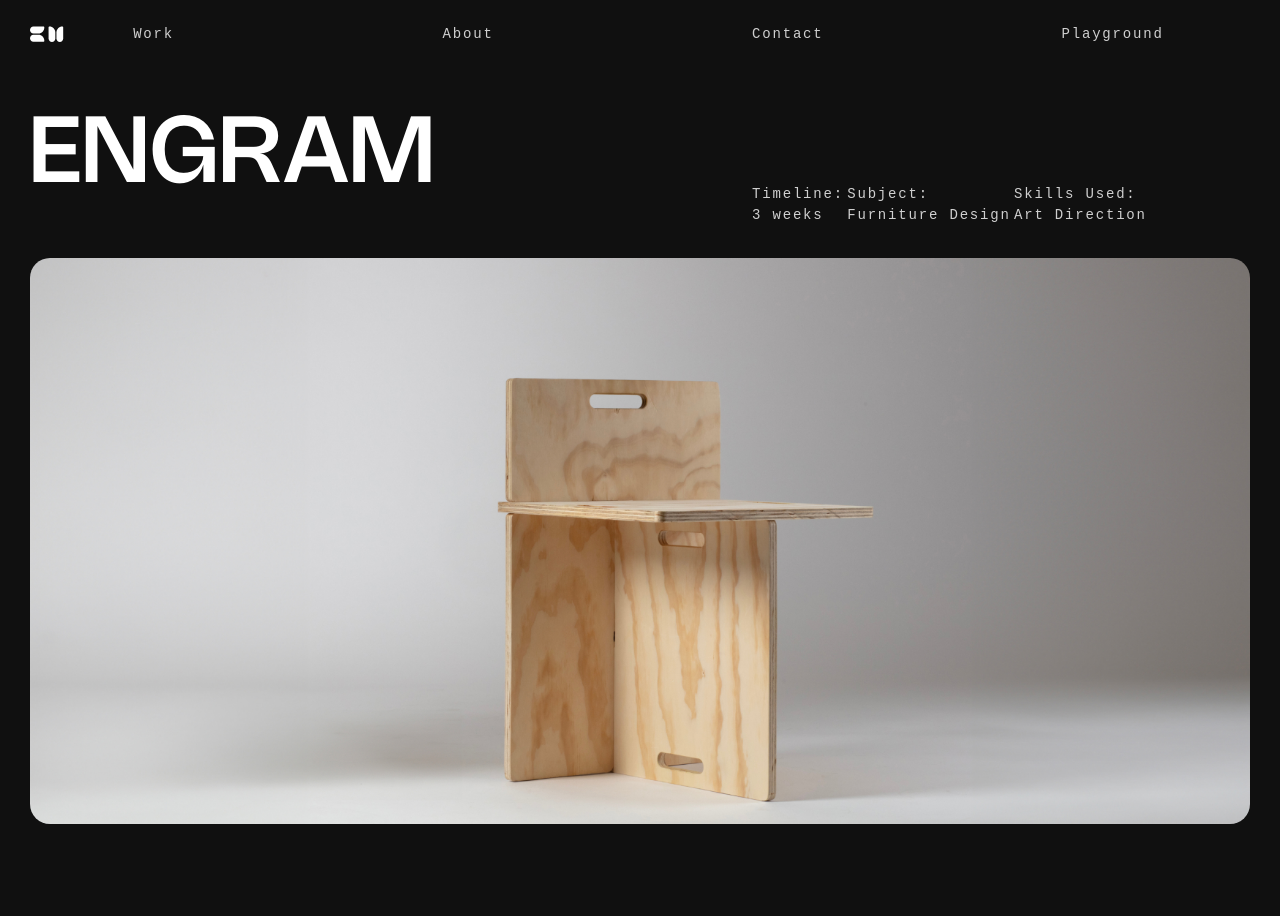
Repository: theethanwright/ethan_wright_portfolio
Page: work/work.html
The author's editor kept a copy of each file at every save. The page is drawn from the files as they stood at one save, then again after the next save.
The browser window is 1280 px wide. The pictures show the whole page.

Above is the page before, as saved 2023-12-25 22:55:26.

### work/work.html
<!DOCTYPE html>
<html lang="en">
<head>
    <meta charset="UTF-8">
    <meta name="viewport" content="width=device-width, initial-scale=1.0">
    <script defer src="https://cdnjs.cloudflare.com/ajax/libs/matter-js/0.19.0/matter.min.js"></script>
    <script defer src="app.js"></script>
    <link rel="stylesheet" href="main.css">
    <link rel="stylesheet" href="layouts.css">
    <title>Work</title>
</head>
<body>
    <div class="navbar">
        <div class="logo">
            <svg xmlns="http://www.w3.org/2000/svg" width="16" height="17" viewBox="0 0 16 17" fill="none">
                <path d="M14.3673 0H3.61693C1.61938 0 0 1.6756 0 3.74249C0 5.80938 1.61938 7.48498 3.61693 7.48498H9.1428C12.5831 7.48498 15.372 4.59931 15.372 1.03958C15.372 0.46542 14.9221 0 14.3673 0Z" fill="white"/>
                <path d="M9.1428 8.72827H3.61693C1.61938 8.72827 0 10.4039 0 12.4708C0 14.5377 1.61938 16.2133 3.61693 16.2133H14.3673C14.9221 16.2133 15.372 15.7478 15.372 15.1737C15.372 11.6139 12.5831 8.72827 9.1428 8.72827Z" fill="white"/>
            </svg>
            <svg xmlns="http://www.w3.org/2000/svg" width="17" height="17" viewBox="0 0 17 17" fill="none">
                <path d="M1.63275 0C1.07786 0 0.628052 0.46542 0.628052 1.03958V12.8729C0.628052 14.9398 2.24743 16.6154 4.24498 16.6154C6.24253 16.6154 7.86191 14.9398 7.86191 12.8729V6.4454C7.86191 2.88567 5.07306 0 1.63275 0Z" fill="white"/>
                <path d="M15.2936 0C11.8532 0 9.06439 2.88567 9.06439 6.4454V12.8729C9.06439 14.9398 10.6838 16.6154 12.6813 16.6154C14.6789 16.6154 16.2983 14.9398 16.2983 12.8729V1.03958C16.2983 0.46542 15.8484 0 15.2936 0Z" fill="white"/>
            </svg>
        </div>
        <p>Work</p>
        <p>About</p>
        <p>Contact</p>
        <p>Playground</p>
        <a href="javascript:void(0);" class="icon" onclick="myFunction()">
            <i class="hamburger"><svg xmlns="http://www.w3.org/2000/svg" width="24" height="24" viewBox="0 0 24 24" fill="none">
                <rect y="2.26416" width="24" height="3.16981" fill="white"/>
                <rect y="17.6604" width="24" height="3.16981" fill="white"/>
                <rect x="1.81133" y="9.96225" width="22.1887" height="3.16981" fill="white"/>
              </svg></i>
        </a>
    </div>
    <div class="wrapper-project">
        <h1>Engram</h1>
        <div class="project-info">
        <p>Timeline:<br>3 weeks</p>
        <p>Subject:<br>Furniture Design</p>
        <p>Skills Used:<br>Art Direction</p>
        </div>
        <a href="">
            <img src="public/images/1.jpg" alt="">
        </a>
    </div>
</body>
</html>

### work/main.css


@font-face {
    font-family: "Nohemi";
    src: url(public/fonts/Nohemi-Medium.woff2);
  }

@import url('https://fonts.googleapis.com/css2?family=IBM+Plex+Mono&display=swap');

h1 {
  box-sizing: border-box;
  color: #FFF;
  font-family: "Nohemi";
  font-size: 7.176vw;
  font-style: normal;
  font-weight: 500;
  line-height: 150%; /* 186px */
  letter-spacing: 1.24px;
  text-transform: uppercase;
  margin: 0%;
}

p {
  box-sizing: border-box;
    color: rgba(255, 255, 255, 0.80);
    font-family: 'IBM Plex Mono', monospace;
    font-size: 14px;
    font-style: normal;
    font-weight: 400;
    line-height: 150%; /* 21px */
    letter-spacing: 1.82px;
    margin: 0%;
}

  body {
    box-sizing: border-box;
    display: block;
    overflow: scroll;
    background: #101010;
  }

  img {
    box-sizing: border-box;
    max-width: 100%;
    height: auto;

    border-radius: 20px;
  }

  a {
    box-sizing: border-box;
  }

### work/layouts.css
@media screen and (min-width: 905px) {
    body {
      margin: 0%;
      padding: 0%;
    }

    .navbar {
        box-sizing: border-box;
        position: absolute;
        padding: 24px 30px;
        display: grid;
        margin: 0;
        width: 100%;
        grid-template-columns: repeat(12, 1fr);
        gap: 1.389vw;
    }

    .logo {
        grid-column-start: 1;
        display: flex;
        width: 34px;
        height: 16px;
        justify-content: center;
        align-items: center;
        gap: 3.256px;
        justify-self: start;
        align-self: center;
      }

      p:nth-child(2) {
        grid-column: 2 / span 2;
        justify-self: start;
        align-self: center;
      }

      p:nth-child(3) {
        grid-column: 5 / span 2;
        justify-self: start;
        align-self: center;
      }

      p:nth-child(4) {
        grid-column: 8 / span 2;
        justify-self: start;
        align-self: center;
      }

      p:nth-child(5) {
        grid-column: 11 / span 2;
        justify-self: start;
        align-self: center;
      }

      .hamburger {
        display: none;
      }

      .wrapper-project {
        box-sizing: border-box;
        display: grid;
        margin: 0;
        width: 100%;
        padding: 88px 30px;
        grid-template-columns: repeat(12, 1fr);
        gap: 32px 1.389vw;
      }

      .wrapper-project h1 {
        grid-column: 1 / span 4;
        justify-self: start;
        align-self: end;
      }

      .wrapper-project .project-info {
        grid-column: 8 / span 4;
        justify-self: stretch;
        align-self: end;

        display: flex;
        justify-content: space-between;
        align-items: flex-end;
      }

      .wrapper-project a {
        grid-column: 1 / span 12;
        justify-self: start;
        align-self: center;
      }

}

@media screen and (max-width: 904px) {
    .navbar {
        position: absolute;
        padding: 16px 30px;
        display: grid;
        margin: 0;
        grid-template-columns: repeat(8, 8.833vw);
        gap: 2.667vw;
    }

    .logo {
        grid-column-start: 1;
        display: flex;
        width: 34px;
        height: 16px;
        justify-content: center;
        align-items: center;
        gap: 3.256px;
        justify-self: start;
        align-self: center;
      }

    .navbar p {
        display: none;
    }

    .icon {
        display: grid;
        grid-column-start: 8;
        justify-self: end;
        align-self: center;
    }
}

@media screen and (max-width: 600px) {
    .navbar {
        position: absolute;
        padding: 16px 16px;
        display: grid;
        margin: 0;
        grid-template-columns: repeat(4, 19.444vw);
        gap: 4.444vw;
    }

    .logo {
        grid-column-start: 1;
        display: flex;
        width: 34px;
        height: 16px;
        justify-content: center;
        align-items: center;
        gap: 3.256px;
        justify-self: start;
        align-self: center;
      }

    .navbar p {
        display: none;
    }

    .icon {
        display: grid;
        grid-column-start: 4;
        justify-self: end;
        align-self: center;
    }
}

Loaded but not shown: work/app.js (common file)

After the next save:
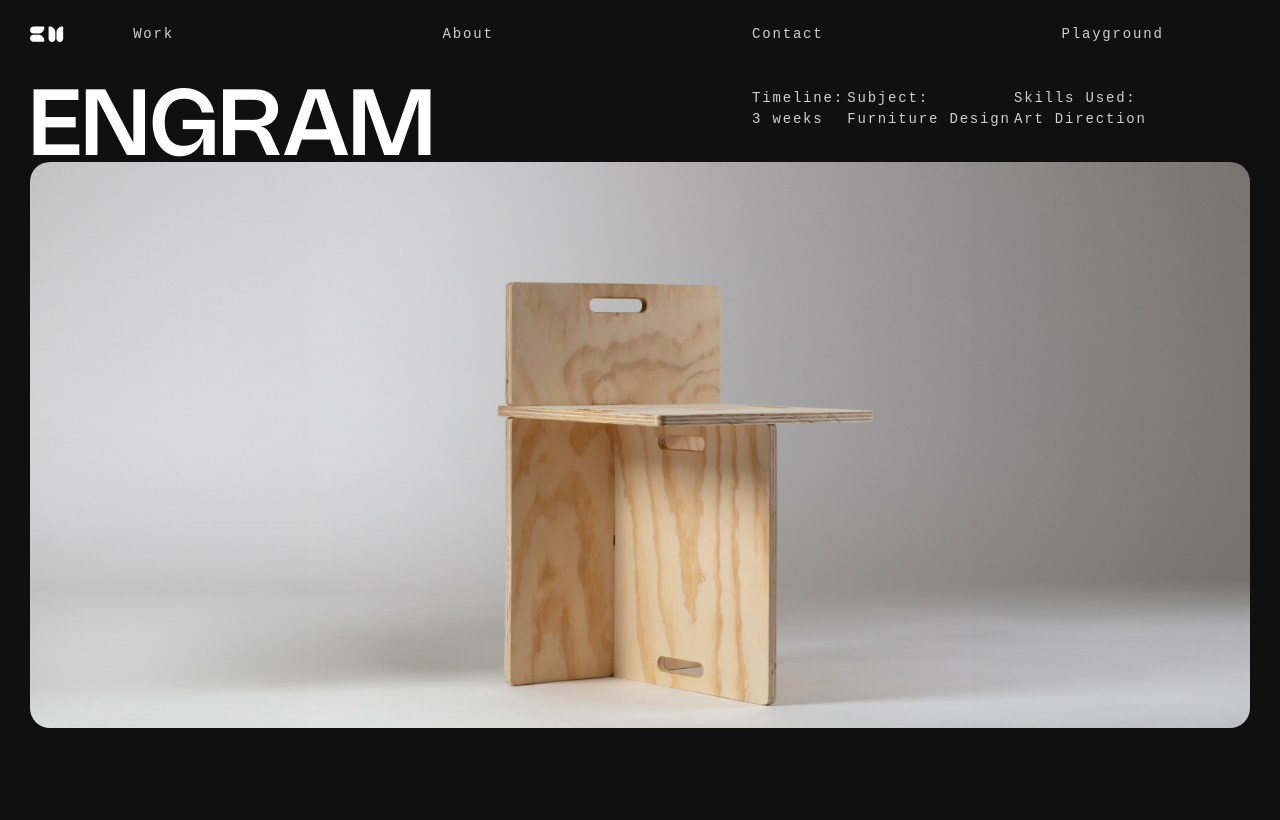
Saved 12 min 37 s later.
--- a/work/main.css
+++ b/work/main.css
@@ -14,7 +14,7 @@ h1 {
   font-size: 7.176vw;
   font-style: normal;
   font-weight: 500;
-  line-height: 150%; /* 186px */
+  line-height: 0%; /* 186px */
   letter-spacing: 1.24px;
   text-transform: uppercase;
   margin: 0%;
